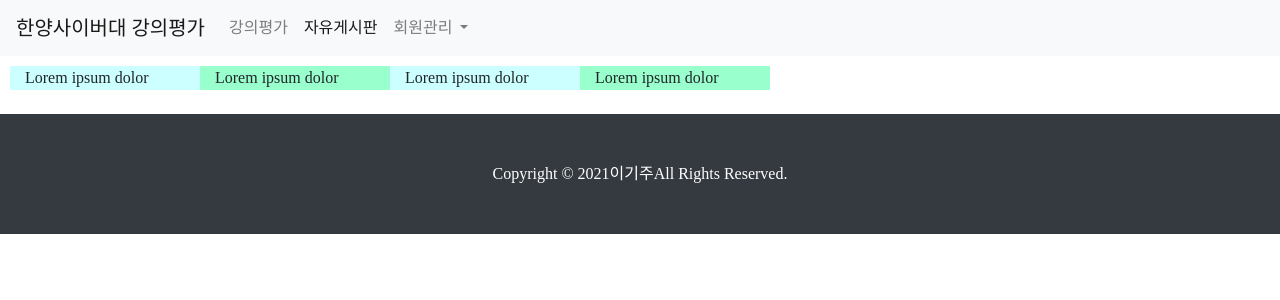
Repository: lkjjjang/hycu
Page: http://localhost/hycujjang/mobile.jsp
The author's editor kept a copy of each file at every save. The page is drawn from the files as they stood at one save, then again after the next save.
The browser window is 1280 px wide. The pictures show the whole page.
Some web fonts or font styles are not loaded; a fallback is used. The page is served by Tomcat 9. Nobody is signed in. The application's start-up code is not run. Other server files are loaded and not shown.

Above is the page before, as saved 2022-01-02 09:03:29.

### hycujjang/WebContent/mobile.jsp
<%@ page language="java" contentType="text/html; charset=UTF-8"
    pageEncoding="UTF-8"%>
<%@ page import="java.util.ArrayList" %>
<%@ page import="java.net.URLEncoder" %>
<%@ page import="java.io.PrintWriter" %>
<%@ taglib prefix="c" uri="http://java.sun.com/jsp/jstl/core"%>
<%@ taglib prefix="fmt" uri="http://java.sun.com/jsp/jstl/fmt"%>

<!DOCTYPE html>
<html>
<head>
	<meta charset="UTF-8">
	<meta name="viewport" content="width=device-width, initial-scale=1, shrink-to-fit=no">
	<title>한양사이버대 강의평가</title>
	<!-- 부트스트랩 CSS 추가하기 -->
	<link rel="stylesheet"
			href="https://stackpath.bootstrapcdn.com/bootstrap/4.4.1/css/bootstrap.min.css"
			integrity="sha384-Vkoo8x4CGsO3+Hhxv8T/Q5PaXtkKtu6ug5TOeNV6gBiFeWPGFN9MuhOf23Q9Ifjh"
			crossorigin="anonymous">
	<!-- 커스텀 CSS 추가하기 -->
	<link rel="stylesheet" href="./css/custom.css">
</head>
<body>
	<nav class="navbar navbar-expand-md navbar-light bg-light">
		<a class="navbar-brand" href="index.jsp">한양사이버대 강의평가</a>
		<button class="navbar-toggler" type="button" data-toggle="collapse" data-target="#navbar">
			<span class="navbar-toggler-icon"></span>
		</button>
		<div id="navbar" class="collapse navbar-collapse">
			<ul class="navbar-nav mr-auto">
				<li class="nav-item">
					<a class="nav-link" href="lectureBoardController?pageNumber=1">강의평가</a>
				</li>
				<li class="nav-item active">
					<a class="nav-link" href="freeBoardController?pageNumber=1">자유게시판</a>
				</li>
				<li class="nav-item dropdown">
					<a class="nav-link dropdown-toggle" id="dropdown" data-toggle="dropdown" href="index.jsp">
						회원관리
					</a>
					<div class="dropdown-menu" aria-labelledby="dropdown">
						<a class="dropdown-item" href="logout.jsp">로그아웃</a>
					</div>
				</li>
			</ul>
		</div>
	</nav>

	<div class="container" style="margin: 10px 10px 10px 10px">
		<div class="row">
			<div class="col-sm-6 col-md-3 col-lg-2" style="background:#CFF">Lorem ipsum dolor</div>
			<div class="col-sm-6 col-md-3 col-lg-2" style="background:#9FC">Lorem ipsum dolor</div>
			<div class="col-sm-6 col-md-3 col-lg-2" style="background:#CFF">Lorem ipsum dolor</div>
			<div class="col-sm-6 col-md-3 col-lg-2" style="background:#9FC">Lorem ipsum dolor</div>
		</div>

  		<!--
  		${userID == 'admin'} 세션에 있는 유저 아이디
  		넘어오는 목록${freeBBS}
  		<c:if test="${userID == 'admin'}">
			<input type="checkbox" name="delCheck_id" id="delCheck_id" value="${freeBBS.bbsID}">
		</c:if>
		${freeBBS.bbsID}
		<a href="freeBoardDetailController?id=${freeBBS.bbsID}">${freeBBS.bbsTitle}</a>

  		${freeBBS.nickName}
  		${freeBBS.bbsHit}
  		${freeBBS.bbsDate}

  		-->
		<!-- 페이지번호 출력 -->
		<!-- 파라미터로 들어오는 페이지 번호를 이용해 startNum값을 구함 -->

	</div>

	<footer class="bg-dark mt-4 p-5 text-center" style="color: #FFFFFF;">
		Copyright &copy; 2021이기주All Rights Reserved.
	</footer>
	<script src="https://code.jquery.com/jquery-3.6.0.js"
  			integrity="sha256-H+K7U5CnXl1h5ywQfKtSj8PCmoN9aaq30gDh27Xc0jk="
  			crossorigin="anonymous">
	</script>
	<script src="https://cdn.jsdelivr.net/npm/popper.js@1.16.0/dist/umd/popper.min.js"
			integrity="sha384-Q6E9RHvbIyZFJoft+2mJbHaEWldlvI9IOYy5n3zV9zzTtmI3UksdQRVvoxMfooAo"
			crossorigin="anonymous">
	</script>
	<script src="https://maxcdn.bootstrapcdn.com/bootstrap/4.0.0/js/bootstrap.min.js"
			integrity="sha384-JZR6Spejh4U02d8jOt6vLEHfe/JQGiRRSQQxSfFWpi1MquVdAyjUar5+76PVCmYl"
			crossorigin="anonymous">
	</script>
	<script type="text/javascript">
		function guestWrite() {
			alert('게스트 계정은 글작성이 불가능 합니다.');
		}
	</script>
	<script type="text/javascript">
		function deleteAll() {
			var checkList = document.getElementsByName('delCheck_id');
			var checkedList = new Array();
			var count = 0;
			for (var i = 0; i < checkList.length; i++) {
				if (checkList[i].checked == true) {
					count++;
					checkedList[i] = checkList[i].value;
				}
			}

			if (count == 0) {
				alert('선택사항이 없습니다.');
				return;
			}

			var data = new Array();
			for (var i = 0; i < checkedList.length; i++) {
				if (checkedList[i] != null) {
					var dataTemp = new Object();
					dataTemp.id = checkedList[i];
					data.push(dataTemp);
				}
			}

			$.ajax({
				type: "post",
				url: "freeBoardDeleteController",
				data: JSON.stringify(data),
				contentType: "application/json; charset=utf-8",
				dataType: "json",

				success: function(json) {
					if (json[0].resultCode == 'ok') {
						alert('삭제 되었습니다.');
					} else {
						alert('데이터베이스 오류 입니다.');
					}
					location.reload();
				},
				error: function(json) {
					alert('시스템 오류 입니다.')
				}
			});
		}
	</script>
	<script type="text/javascript">
		function select(tagID) {
			var id = tagID.id;
			var checkList = document.getElementsByName('delCheck_id');
			for (var i = 0; i < checkList.length; i++) {
				if (id == 'selectAll') {
					checkList[i].checked = true;
				} else {
					checkList[i].checked = false;
				}
			}

			if (id == 'selectAll') {
				changeId('cancel', '선택해제');
			} else {
				changeId('selectAll', '전체선택');
			}
		}

		function changeId(id, text)  {
			  const btnElement = document.getElementById('checkList');
			  btnElement.innerHTML = '<button class="btn btn-primary" id="' + id + '" onclick="select(this)">'+ text +'</button>' +
			  							'<button class="btn btn-danger" id="deleteAll" onclick="deleteAll()">선택삭제</button>';
		}
	</script>
</body>
</html>

### hycujjang/WebContent/css/custom.css
@import url(https://fonts.googleapis.com/earlyaccess/jejugothic.css);
@import url(https://fonts.googleapis.com/css2?family=Nanum+Gothic&display=swap);
.navbar-brand, h1, h2, h3, h4 {
	font-family: 'Jeju Gothic';
}
h5 {
	font-family: 'Jeju Gothic';
	font-size: 18px;
}
body {
	font-family: 'Nanum Gothic';
}

After the next save:
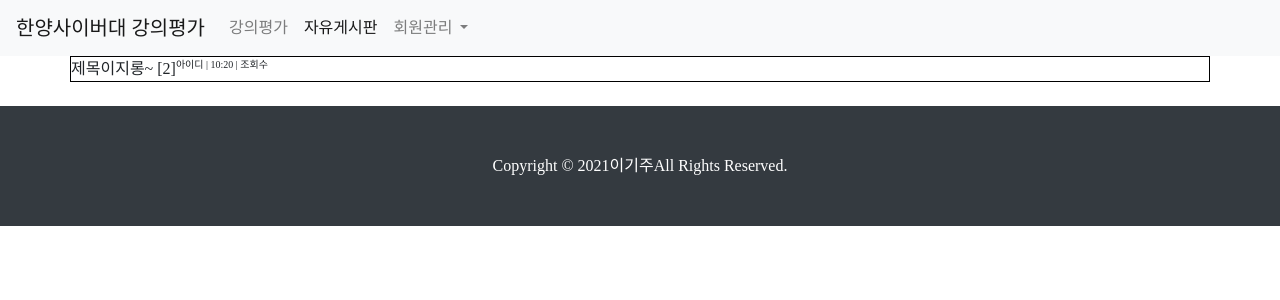
Saved 6 min 30 s later.
--- a/hycujjang/WebContent/mobile.jsp
+++ b/hycujjang/WebContent/mobile.jsp
@@ -19,6 +19,11 @@
 			crossorigin="anonymous">
 	<!-- 커스텀 CSS 추가하기 -->
 	<link rel="stylesheet" href="./css/custom.css">
+	<style>
+		.b{
+			border: solid 1px black;
+		}
+	</style>
 </head>
 <body>
 	<nav class="navbar navbar-expand-md navbar-light bg-light">
@@ -46,12 +51,14 @@
 		</div>
 	</nav>
 
-	<div class="container" style="margin: 10px 10px 10px 10px">
-		<div class="row">
-			<div class="col-sm-6 col-md-3 col-lg-2" style="background:#CFF">Lorem ipsum dolor</div>
-			<div class="col-sm-6 col-md-3 col-lg-2" style="background:#9FC">Lorem ipsum dolor</div>
-			<div class="col-sm-6 col-md-3 col-lg-2" style="background:#CFF">Lorem ipsum dolor</div>
-			<div class="col-sm-6 col-md-3 col-lg-2" style="background:#9FC">Lorem ipsum dolor</div>
+	<div class="container">
+		<div class="row b">
+			<div >
+				제목이지롱~ [2]
+			</div>
+			<div style="font-size: 10px">
+				아이디 | 10:20 | 조회수
+			</div>
 		</div>
 
   		<!--
